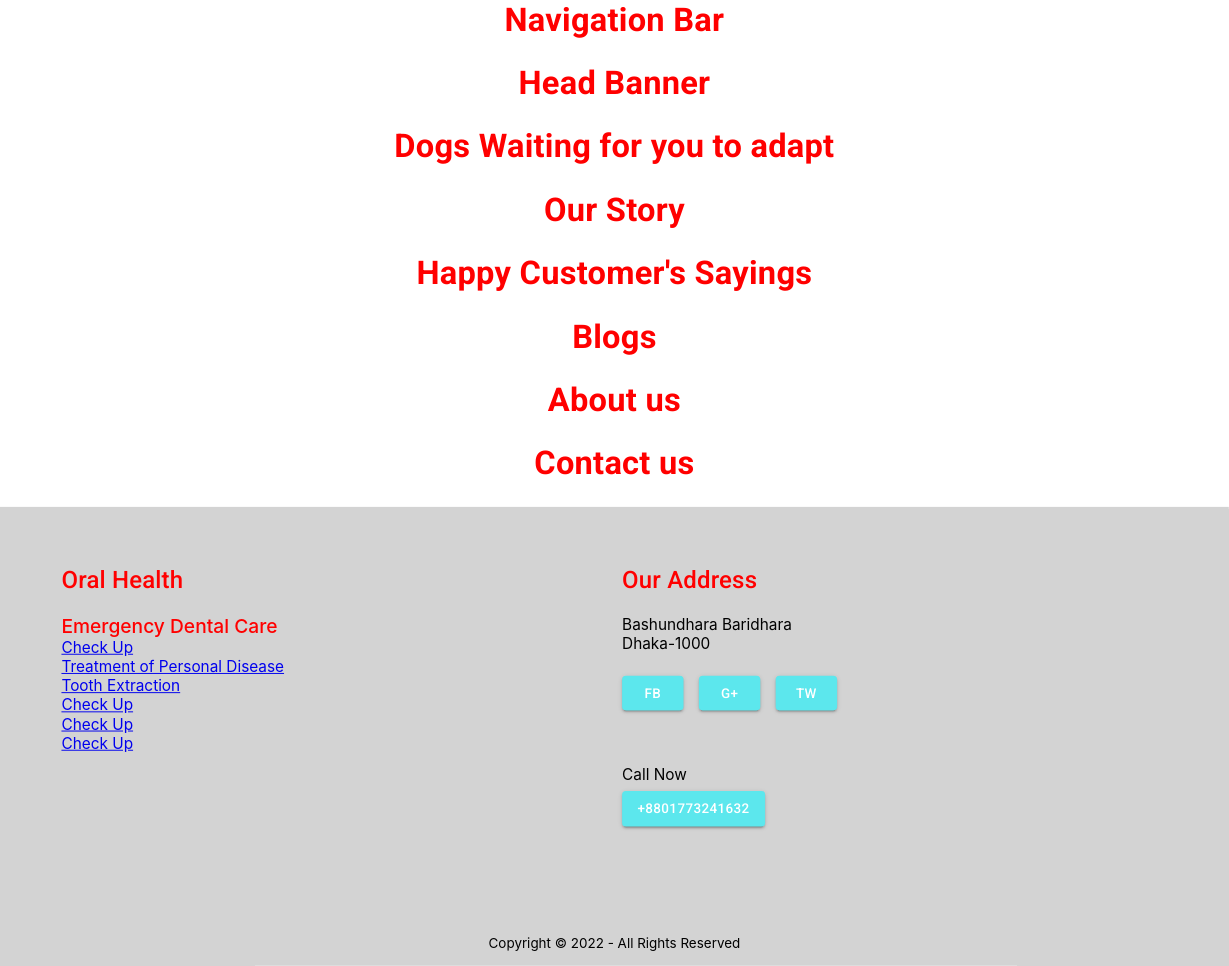
Repository: Sharif-00112/dogos-paradise-client
Page: /home
These files come from the project's save history. The page is drawn as it stood at one moment and after the next save; the edit follows.
The browser window is 1280 px wide. The pictures show the whole page, at 96% of full size.
The project was rebuilt for these pictures with package versions that can differ from the ones it lists, and the page was loaded fresh each time. Also part of the build but not shown: src/Pages/Login/Login/Login.js, src/Pages/Login/Register/Register.js, src/Pages/NotFound/NotFound.js.

Above is the page before, as saved 2022-11-30 22:40:06.

### public/index.html
<!DOCTYPE html>
<html lang="en">
  <head>
    <meta charset="utf-8" />
    <link rel="icon" href="%PUBLIC_URL%/favicon.ico" />
    <meta name="viewport" content="width=device-width, initial-scale=1" />
    <meta name="theme-color" content="#000000" />
    <meta
      name="description"
      content="Web site created using create-react-app"
    />
    <link
      rel="stylesheet" href="https://fonts.googleapis.com/css?family=Roboto:300,400,500,700&display=swap"
    />

    <link rel="apple-touch-icon" href="%PUBLIC_URL%/logo192.png" />
    <!--
      manifest.json provides metadata used when your web app is installed on a
      user's mobile device or desktop. See https://developers.google.com/web/fundamentals/web-app-manifest/
    -->
    <link rel="manifest" href="%PUBLIC_URL%/manifest.json" />
    <!--
      Notice the use of %PUBLIC_URL% in the tags above.
      It will be replaced with the URL of the `public` folder during the build.
      Only files inside the `public` folder can be referenced from the HTML.

      Unlike "/favicon.ico" or "favicon.ico", "%PUBLIC_URL%/favicon.ico" will
      work correctly both with client-side routing and a non-root public URL.
      Learn how to configure a non-root public URL by running `npm run build`.
    -->
    <title>React App</title>
  </head>
  <body>
    <noscript>You need to enable JavaScript to run this app.</noscript>
    <div id="root"></div>
    <!--
      This HTML file is a template.
      If you open it directly in the browser, you will see an empty page.

      You can add webfonts, meta tags, or analytics to this file.
      The build step will place the bundled scripts into the <body> tag.

      To begin the development, run `npm start` or `yarn start`.
      To create a production bundle, use `npm run build` or `yarn build`.
    -->
  </body>
</html>

### src/App.js
import React  from 'react';
import './App.css';
import { BrowserRouter as Router, Route, Routes} from 'react-router-dom';
import Home from './Pages/Home/Home/Home';
import Login from './Pages/Login/Login/Login';
import Register from './Pages/Login/Register/Register';
import AuthProvider from './contexts/AuthProvider/AuthProvider';
// import PrivateRoute from './Pages/Login/PrivateRoute/PrivateRoute';
import NotFound from './Pages/NotFound/NotFound';
import Contact from './Pages/Home/Contact/Contact';
import Products from './Pages/Home/Products/Products';
import Story from './Pages/Home/Story/Story';
import CustomerReviews from './Pages/Home/CustomerReviews/CustomerReviews';
import Blogs from './Pages/Home/Blogs/Blogs';
import About from './Pages/Home/About/About';
// import Footer from './Pages/Shared/Footer/Footer';
// import Dashboard from './Pages/Dashboard/Dashboard/Dashboard';

function App() {
  return (
    <div className="App">
      <AuthProvider>
        <Router>
          <Routes>
            <Route exact path = '/' element={<Home/>}/>
            <Route exact path = '/home' element={<Home/>}/>
            <Route exact path = '/login' element={<Login/>}/>
            <Route exact path = '/register' element={<Register/>}/>
            <Route exact path = '/contact' element={<Contact/>}/>
            <Route exact path = '/products' element={<Products/>}/>
            <Route exact path = '/story' element={<Story/>}/>
            <Route exact path = '/reviews' element={<CustomerReviews/>}/>
            <Route exact path = '/blogs' element={<Blogs/>}/>
            <Route exact path = '/about' element={<About/>}/>
            {/* <Route exact path = '/appointment' element = {
              <PrivateRoute>
                <Appointment></Appointment>
              </PrivateRoute>
            }> </Route> */}
            {/* <Route path = 'dashboard/*' element = {
              <PrivateRoute>
                <Dashboard></Dashboard>
              </PrivateRoute>
            }> </Route> */}
            <Route path = '*' element={<NotFound/>}/>
          </Routes>
          {/* <Footer></Footer> */}
        </Router>
      </AuthProvider>
    </div>
  );
}

export default App;

### src/Pages/Home/Home/Home.js
import React from 'react';
import Footer from '../../Shared/Footer/Footer';
import Navigation from '../../Shared/Navigation/Navigation';
import About from '../About/About';
import Banner from '../Banner/Banner';
import Blogs from '../Blogs/Blogs';
import Contact from '../Contact/Contact';
import CustomerReviews from '../CustomerReviews/CustomerReviews';
import Products from '../Products/Products';
import Story from '../Story/Story';

const Home = () => {
    return (
        <div>
            <Navigation></Navigation>
            <Banner></Banner>
            <Products></Products>
            <Story></Story>
            <CustomerReviews></CustomerReviews>
            <Blogs></Blogs>
            <About></About>
            <Contact></Contact>
            <Footer></Footer>
        </div>
    );
};

export default Home;

### src/contexts/AuthProvider/AuthProvider.js
import React from 'react';
import { createContext } from 'react';
import useFirebase from '../../hooks/useFirebase';

//step-1-context
export const AuthContext = createContext();

const AuthProvider = (props) => {
    //step-3-context
    const {children} = props;

    //step-5-context
    const allContexts = useFirebase();

    return (
        //step-2-context
        <AuthContext.Provider value={allContexts}>
            {children}
        </AuthContext.Provider>
    );
};

export default AuthProvider;

### src/Pages/Home/Contact/Contact.js
import React from 'react';
import { Typography } from '@mui/material';

const Contact = () => {
    return (
        <div>
            <Typography sx={{ m: 3, color: 'red', fontWeight: 600 }} variant="h4" component="div">
                Contact us
            </Typography>
        </div>
    );
};

export default Contact;

### src/Pages/Home/Products/Products.js
import React from 'react';
import { Typography } from '@mui/material';

const Products = () => {
    return (
        <div>
            <Typography sx={{ m: 3, color: 'red', fontWeight: 600 }} variant="h4" component="div">
                Dogs Waiting for you to adapt
            </Typography>
        </div>
    );
};

export default Products;

### src/Pages/Home/Story/Story.js
import React from 'react';
import { Typography } from '@mui/material';


const Story = () => {
    return (
        <div>
            <Typography sx={{ m: 3, color: 'red', fontWeight: 600 }} variant="h4" component="div">
                Our Story
            </Typography>
        </div>
    );
};

export default Story;

### src/Pages/Home/CustomerReviews/CustomerReviews.js
import React from 'react';
import { Typography } from '@mui/material';


const CustomerReviews = () => {
    return (
        <div>
            <Typography sx={{ m: 3, color: 'red', fontWeight: 600 }} variant="h4" component="div">
                Happy Customer's Sayings
            </Typography>
        </div>
    );
};

export default CustomerReviews;

### src/Pages/Home/Blogs/Blogs.js
import React from 'react';
import { Typography } from '@mui/material';


const Blogs = () => {
    return (
        <div>
            <Typography sx={{ m: 3, color: 'red', fontWeight: 600 }} variant="h4" component="div">
                Blogs
            </Typography>
        </div>
    );
};

export default Blogs;

### src/Pages/Home/About/About.js
import React from 'react';
import { Typography } from '@mui/material';

const About = () => {
    return (
        <div>
            <Typography sx={{ m: 3, color: 'red', fontWeight: 600 }} variant="h4" component="div">
                About us
            </Typography>
        </div>
    );
};

export default About;

### src/Pages/Shared/Footer/Footer.js
import React from 'react';
import { Typography } from '@mui/material';
import { Container } from '@mui/system';
import Box from '@mui/material/Box';
import Grid from '@mui/material/Unstable_Grid2';
import { Link } from 'react-router-dom';
import { Button } from '@mui/material';


const Footer = () => {
    return (
        <div style={{ backgroundColor: 'lightgray' }}>
        <Container sx={{ py: 5, px:10 }}>
            <Box sx={{ flexGrow: 1 }}>
                <Grid container spacing={2}>
                    <Grid item style={{ textAlign: 'left'}} xs={6} md={6}>
                        <Typography sx={{ my:2, fontSize: 18, fontWeight: 600 }} style={{color: 'red', fontWeight: 500, fontSize: 25 }} variant="h6" component="div">
                            Oral Health
                        </Typography>
                        <Link style={{ textDecoration:'none', color: 'red', fontWeight: 500, fontSize: 20 }} to = '/emergencyDentalCare'>
                            Emergency Dental Care
                        </Link>
                        <br />
                        <Link to = '/checkUp'>
                            Check Up
                        </Link>
                        <br />
                        <Link to = '/treatmentOfPersonalDisease'>
                            Treatment of Personal Disease
                        </Link>
                        <br />
                        <Link to = '/toothExtraction'>
                            Tooth Extraction
                        </Link>
                        <br />
                        <Link to = '/checkUp'>
                            Check Up
                        </Link>
                        <br />
                        <Link to = '/checkUp'>
                            Check Up
                        </Link>
                        <br />
                        <Link to = '/checkUp'>
                            Check Up
                        </Link>
                    </Grid>
                    <Grid item style={{ textAlign: 'left'}} xs={6} md={6}>
                        <Typography sx={{ my:2, fontSize: 18, fontWeight: 600 }} style={{color: 'red', fontWeight: 500, fontSize: 25 }} variant="h6" component="div">
                            Our Address
                        </Typography>
                        <Typography sx={{ fontSize: 16, fontWeight: 400 }} variant="" component="div">
                                Bashundhara Baridhara <br />
                                Dhaka-1000
                        </Typography>

                        <a href="https://www.facebook.com/" target="_blank" style={{ textDecoration:'none', color:'white' }}>
                            <Button sx={{ mt:3, mr:2 }} variant="contained" style={{backgroundColor: '#5CE7ED'}}>
                                FB
                            </Button>
                        </a>
                        <a href="https://www.google.com/" target="_blank" style={{ textDecoration:'none', color:'white' }}>
                            <Button sx={{ mt:3, mr:2 }} variant="contained" style={{backgroundColor: '#5CE7ED'}}>
                                G+
                            </Button>
                        </a>
                        <a href="https://twitter.com/" target="_blank" style={{ textDecoration:'none', color:'white' }}>
                            <Button sx={{ mt:3, mr:2 }} variant="contained" style={{backgroundColor: '#5CE7ED'}}>
                                TW
                            </Button>
                        </a>

                        <Typography sx={{ mt:7, fontSize: 16, fontWeight: 400 }} variant="" component="div">
                                Call Now
                        </Typography>
                        <a href="tel:+8801773241632" style={{ textDecoration:'none', color:'white' }}>
                            <Button sx={{ mt:1, mr:2 }} variant="contained" style={{backgroundColor: '#5CE7ED'}}>
                                +8801773241632
                            </Button>
                        </a>
                    </Grid>
                </Grid>
            </Box>
        </Container>
        <Typography sx={{ p:2, mt:7, fontSize: 14, fontWeight: 400 }} variant="" component="div">
            Copyright &copy; 2022 - All Rights Reserved
        </Typography>
    </div>
    );
};

export default Footer;

### src/Pages/Shared/Navigation/Navigation.js
import React from 'react';
import { Typography } from '@mui/material';

const Navigation = () => {
    return (
        <div>
            <Typography sx={{ mx: 3, color: 'red', fontWeight: 600 }} variant="h4" component="div">
                Navigation Bar
            </Typography>
        </div>
    );
};

export default Navigation;

### src/Pages/Home/Banner/Banner.js
import React from 'react';
import { Typography } from '@mui/material';

const Banner = () => {
    return (
        <div>
            <Typography sx={{ m: 3, color: 'red', fontWeight: 600 }} variant="h4" component="div">
                Head Banner
            </Typography>
        </div>
    );
};

export default Banner;

### src/hooks/useFirebase.js
import { useState } from "react";
import initializeAuthentication from "../Pages/Login/Firebase/firebase.initialize";
import { getAuth, signInWithPopup, GoogleAuthProvider, onAuthStateChanged, signOut, FacebookAuthProvider, createUserWithEmailAndPassword, signInWithEmailAndPassword, sendPasswordResetEmail, updatePassword, sendEmailVerification, updateProfile, getIdToken } from "firebase/auth";
import { useEffect } from "react";

initializeAuthentication();

const useFirebase = () =>{
    const [user, setUser] = useState({});
    const [error, setError] = useState('');
    const [name, setName] = useState('');
    const [email, setEmail] = useState('');
    const [password, setPassword] = useState('');
    const [isLoading, setIsLoading] = useState(true);
    const [admin, setAdmin] = useState(false);
    const [token, setToken] = useState('');

    const googleProvider = new GoogleAuthProvider();
    // const gitProvider = new GithubAuthProvider();
    const facebookProvider = new FacebookAuthProvider();
    const auth = getAuth();

    const signInUsingGoogle = () =>{
      setIsLoading(true);
      signInWithPopup(auth, googleProvider)
      .then((result) => {
          // This gives you a Google Access Token. You can use it to access the Google API.
          // const credential = GoogleAuthProvider.credentialFromResult(result);
          // const token = credential.accessToken;
          // The signed-in user info.
          setUser(result.user);
          // save user to the database
          saveUserToDB(result.user.email, result.user.displayName, 'PUT');
      }).catch((error) => {
          // Handle Errors here.
          setError(error.code);
          setError(error.message);
          // The email of the user's account used.
          setError(error.customData.email);
          // The AuthCredential type that was used.
          setError(GoogleAuthProvider.credentialFromError(error));
      }).finally(() =>{
        setIsLoading(false);
      });
    };

    const signInUsingFacebook = () =>{
      setIsLoading(true);
      signInWithPopup(auth, facebookProvider)
      .then((result) => {
        // The signed-in user info.
        setUser(result.user);
        // save user to the database
        saveUserToDB(result.user.email, result.user.displayName, 'PUT');

        // This gives you a Facebook Access Token. You can use it to access the Facebook API.
        // const credential = FacebookAuthProvider.credentialFromResult(result);
        // const accessToken = credential.accessToken;
      })
      .catch((error) => {
        // Handle Errors here.
        setError(error.code);
        setError(error.message);
        // The email of the user's account used.
        setError(error.customData.email);
        // The AuthCredential type that was used.
        setError(FacebookAuthProvider.credentialFromError(error));
      }).finally(() =>{
        setIsLoading(false);
      });
    };

    const customLogin = (email, password) =>{
      setIsLoading(true);
      signInWithEmailAndPassword(auth, email, password)
      .then((userCredential) => {
        // Signed in
        setUser(userCredential.user);
        setError('');
      })
      .catch((error) => {
        setError(error.code);
        setError(error.message);
      })
      .finally(() => setIsLoading(false));
    };

    const customRegister = (email, password) =>{
      setIsLoading(true);
      createUserWithEmailAndPassword(auth, email, password)
      .then((userCredential) => {
        // Signed in
        // const user = userCredential.user;
        // console.log(user);
        setUser(userCredential.user);
        // save user to the database
        saveUserToDB(userCredential.user.email, userCredential.user.displayName, 'POST')
        // clear error message
        setError('');
      })
      .catch((error) => {
        setError(error.code);
        setError(error.message);
      })
      .finally(() => setIsLoading(false));
    };

    const handleLoginSubmitBtn = e =>{
      e.preventDefault();
      // console.log(email, password);
      customLogin(email, password);
    }

    const handleRegisterSubmitBtn = e =>{
      e.preventDefault();
      // console.log(email, password);

      if(!/.{8,}/.test(password)){
        setError('Ensure password is of minimum length 8');
        return;
      }
      if(!/(?=.*[A-Z])/.test(password)){
        setError('Ensure password has minimum one uppercase letters');
        return;
      }
      if(!/(?=.*[!@#$%^&*()\-__+.])/.test(password)){
        setError('Ensure password has minimum one special case letter');
        return;
      }
      if(!/(?=.*[0-9])/.test(password)){
        setError('Ensure password has minimum one digits');
        return;
      }
      if(!/(?=.*[a-z])/.test(password)){
        setError('Ensure password has minimum one lowercase letters');
        return;
      }
      customRegister(email, password);
    }

    const handleNameChange = e =>{
      setName(e.target.value);
    }

    const handleEmailChange = e =>{
      setEmail(e.target.value);
    }

    const handlePasswordChange = e =>{
      setPassword(e.target.value);
    }

    const handleForgotPassword = () =>{
      sendPasswordResetEmail(auth, email)
      .then(() => {
        // Password reset email sent!
      })
      .catch((error) => {
        setError(error.code);
        setError(error.message);
      });
    }

    const handleChangePassword = () =>{
      const user = auth.currentUser;
      const newPassword = password;
      updatePassword(user, newPassword).then(() => {
        // Update successful.
      }).catch((error) => {
        setError(error.code);
        setError(error.message);
      });
    }

    const setUserName = () =>{
      updateProfile(auth.currentUser, {
        displayName: name
      }).then(() => {
        // Profile updated!
      }).catch((error) => {
        setError(error.code);
        setError(error.message);
      });
    }

    const verifyEmail = () =>{
      sendEmailVerification(auth.currentUser)
      .then(() => {
        // Email verification sent!
      }).catch((error) => {
        setError(error.code);
        setError(error.message);
      });
    }

    //observe user login change
    useEffect(()=>{
        const unsubscribe = onAuthStateChanged(auth, (user) => {
            if (user) {
              // User is signed in
              setUser(user);

              //JWT
              getIdToken(user)
              // .then(idToken => console.log(idToken))
              // .then(idToken => localStorage.setItem('idToken', idToken))
              .then(idToken => setToken(idToken))

            } else {
              // User is signed out
              setUser({});
            }
            setIsLoading(false);
          });
          return () => unsubscribe;
    },[auth]);

    // check Admin
    // useEffect( () =>{
    //   fetch(`http://localhost:3005/users/${user.email}`)
    //   .then(res => res.json())
    //   .then(data => setAdmin(data.admin))
    // } ,[user.email])

    const logout = () =>{
      setIsLoading(true);
      signOut(auth)
      .then(() => {
          // Sign-out successful.
          setUser({});
        }).catch((error) => {
          setError(error);
        }).finally(()=>{
          setIsLoading(false);
        });
    }

    const saveUserToDB = (email, displayName, method) =>{
      const user = {email, displayName};
      fetch('http://localhost:3005/users', {
          method: method,
          headers: {
              'content-type' : 'application/json'
          },
          body: JSON.stringify(user)
      })
      .then()
    }

    return {
      signInUsingGoogle,
      signInUsingFacebook,
      customLogin,
      customRegister,
      handleLoginSubmitBtn,
      handleRegisterSubmitBtn,
      handleNameChange,
      handleEmailChange,
      handlePasswordChange,
      handleForgotPassword,
      handleChangePassword,
      verifyEmail,
      setUserName,
      logout,
      user,
      admin,
      error,
      isLoading,
      token
    };
}

export default useFirebase;

### src/Pages/Login/Firebase/firebase.initialize.js
import { initializeApp } from "firebase/app";
import firebaseConfig from "./firebase.config";

const initializeAuthentication = () =>{
    initializeApp(firebaseConfig);
}

export default initializeAuthentication;

### src/Pages/Login/Firebase/firebase.config.js
// console.log(process.env);

const firebaseConfig = {
  apiKey: process.env.REACT_APP_FIREBASE_API_KEY,
  authDomain: process.env.REACT_APP_FIREBASE_AUTH_DOMAIN,
  projectId: process.env.REACT_APP_FIREBASE_PROJECT_ID,
  storageBucket: process.env.REACT_APP_FIREBASE_STORAGE_BUCKET,
  messagingSenderId: process.env.REACT_APP_FIREBASE_MESSAGING_SENDER_ID,
  appId: process.env.REACT_APP_FIREBASE_APP_ID,
  measurementId: process.env.REACT_APP_FIREBASE_MEASUREMENT_ID
};

export default firebaseConfig;

// .env.local
// REACT_APP_FIREBASE_API_KEY=AIzaSyCGaQ8G2l5KeOKX4bAJ7MC19oWW_2vnTNQ
// REACT_APP_FIREBASE_AUTH_DOMAIN=dogos-paradise.firebaseapp.com
// REACT_APP_FIREBASE_PROJECT_ID=dogos-paradise
// REACT_APP_FIREBASE_STORAGE_BUCKET=dogos-paradise.appspot.com
// REACT_APP_FIREBASE_MESSAGING_SENDER_ID=824394057307
// REACT_APP_FIREBASE_APP_ID=1:824394057307:web:727ac0c86627b9544a617e
// REACT_APP_FIREBASE_MEASUREMENT_ID=G-DL8JJ6MYSD

// const firebaseConfig = {
  // apiKey: "AIzaSyCGaQ8G2l5KeOKX4bAJ7MC19oWW_2vnTNQ",
  // authDomain: "dogos-paradise.firebaseapp.com",
  // projectId: "dogos-paradise",
  // storageBucket: "dogos-paradise.appspot.com",
  // messagingSenderId: "824394057307",
  // appId: "1:824394057307:web:727ac0c86627b9544a617e",
  // measurementId: "G-DL8JJ6MYSD"
// };

Loaded but not shown: src/index.js (common file); src/index.css (common file); src/reportWebVitals.js (common file); src/App.css (common file)

After the next save:
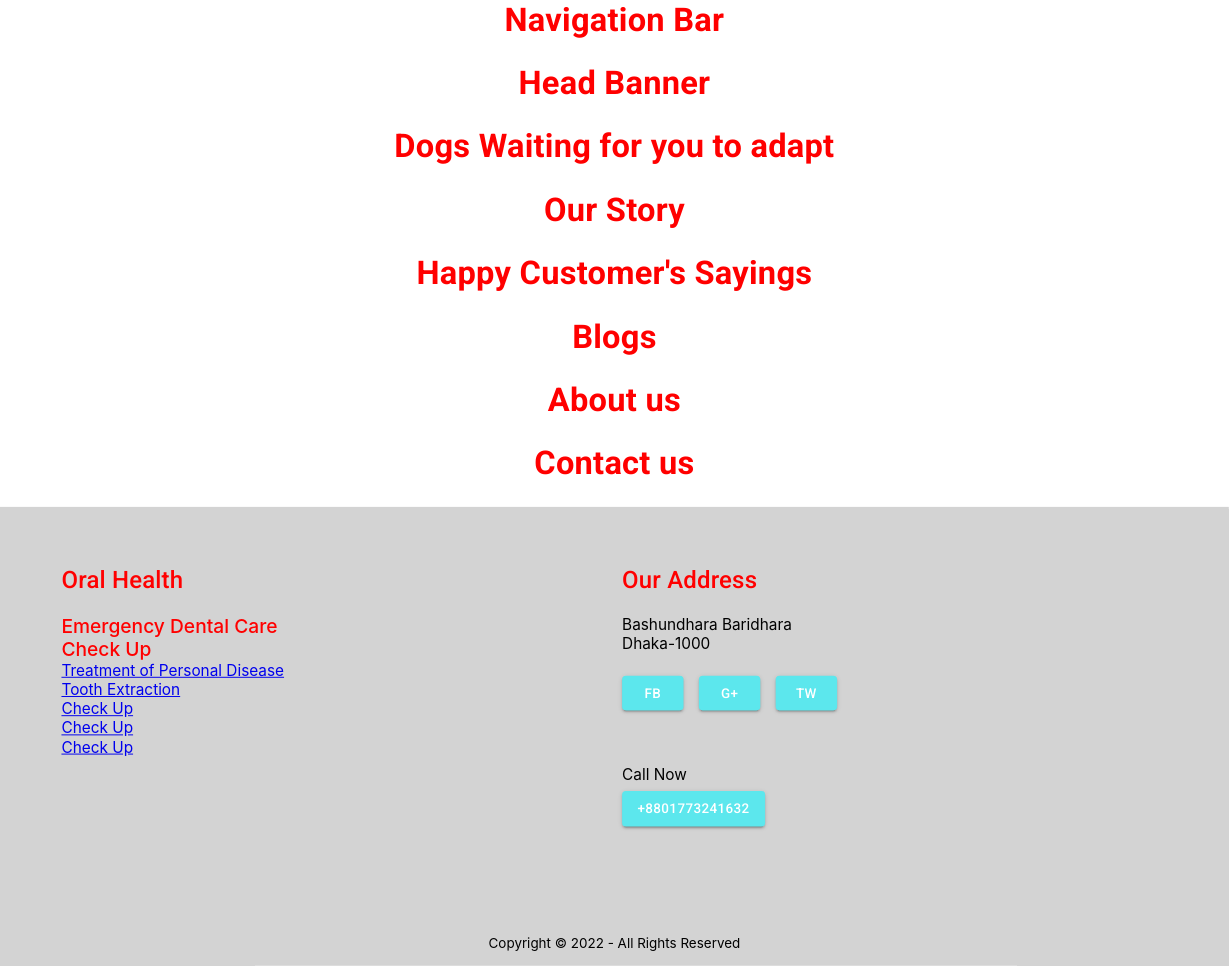
Saved 22 s later.
--- a/src/Pages/Shared/Footer/Footer.js
+++ b/src/Pages/Shared/Footer/Footer.js
@@ -21,7 +21,7 @@ const Footer = () => {
                             Emergency Dental Care
                         </Link>
                         <br />
-                        <Link to = '/checkUp'>
+                        <Link style={{ textDecoration:'none', color: 'red', fontWeight: 500, fontSize: 20 }} to = '/checkUp'>
                             Check Up
                         </Link>
                         <br />
